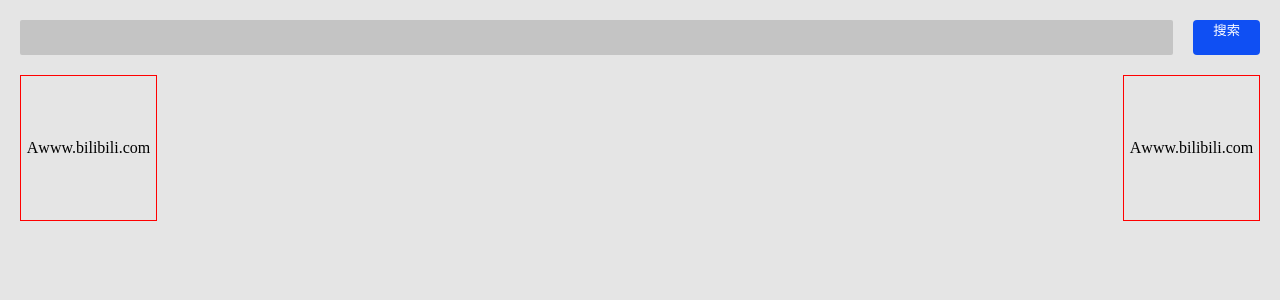
Repository: chenguocan/-
Page: src/index.html
The author's editor kept a copy of each file at every save. The page is drawn from the files as they stood at one save, then again after the next save.
The browser window is 1280 px wide. The pictures show the whole page.

Above is the page before, as saved 2020-08-11 19:04:14.

### src/index.html
<!DOCTYPE html>
<html lang="en">

<head>
    <meta charset="UTF-8">
    <meta name="viewport"
        content="width=device-width,initial-scale=1,minimum-scale=1,maximum-scale=1,user-scalable=no,viewport-fit=cover">
    <meta http-equiv="X-UA-Compatible" content="ie=edge">
    <title>前端导航</title>
    <link rel="stylesheet" href="./style.css">
</head>

<body>
    <header class="globalHeader">
        <input type="text" />
        <button class="searchButton">搜索</button>
    </header>
    <main class="globalMain">
        <ul class="siteList">
            <li>
                <div class="siteBox">
                    <div class="logo">A</div>
                    <div class="site">www.bilibili.com</div>
                </div>
            </li>
            <li>
                <div class="siteBox">
                    <div class="logo">A</div>
                    <div class="site">www.bilibili.com</div>
                </div>
            </li>
        </ul>
    </main>
    <script src="./main.js"></script>
</body>

</html>

### src/style.css
*{
    margin: 0;
    padding: 0;
    box-sizing: border-box;
}
*::before{
    margin: 0;
    padding: 0;
    box-sizing: border-box;
}
*::after{
    margin:0;
    padding: 0;
    box-sizing: border-box;
}
body{
    background:#E5E5E5;
}
ul>li{
    list-style: none;
}
.globalHeader{
    margin:20px;
    display: flex;
    flex-direction: row;
    flex-wrap: nowrap;
    justify-content: space-between;
}
.globalHeader > input{
    width: 100%;
    border: none;
    height: 35px;
    border-radius: 2px;
    background: #C4C4C4;
    padding-left: 10px;
}
.globalHeader > .searchButton{
    display: flex;
    white-space: nowrap;
    border: none;
    color:white;
    margin-left: 20px;
    background:#0F4FF3;
    border-radius:4px;
    padding:0 20px;
}
.siteList{
    display: flex;
    flex-direction: row;
    justify-content: space-between;
    margin:0 20px;
}
.siteList .siteBox{
    display: flex;
    justify-content: center;
    align-items: center;
    flex-wrap: wrap;
    height: 146px;
    width: 137px;
    border: 1px solid red;
}

Loaded but not shown: src/main.js (no copy from this time; the picture is the same without it)

After the next save:
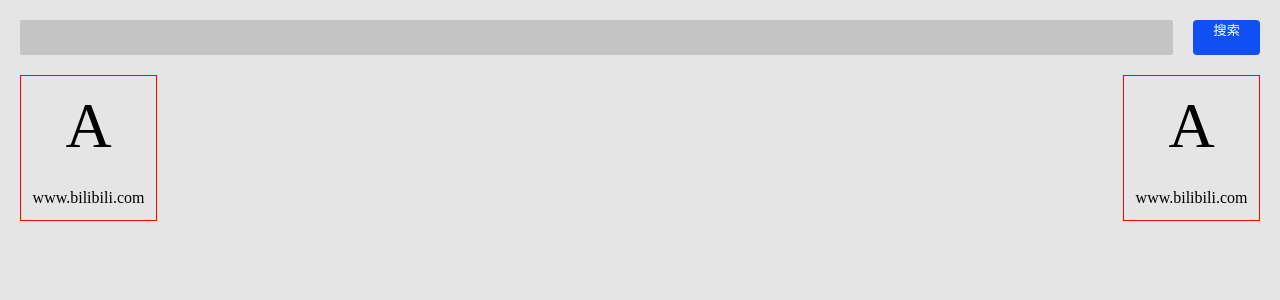
Saved 93 s later.
--- a/src/style.css
+++ b/src/style.css
@@ -59,3 +59,6 @@
     width: 137px;
     border: 1px solid red;
 }
+.siteList .siteBox>.logo{
+    font-size: 64px;
+}
